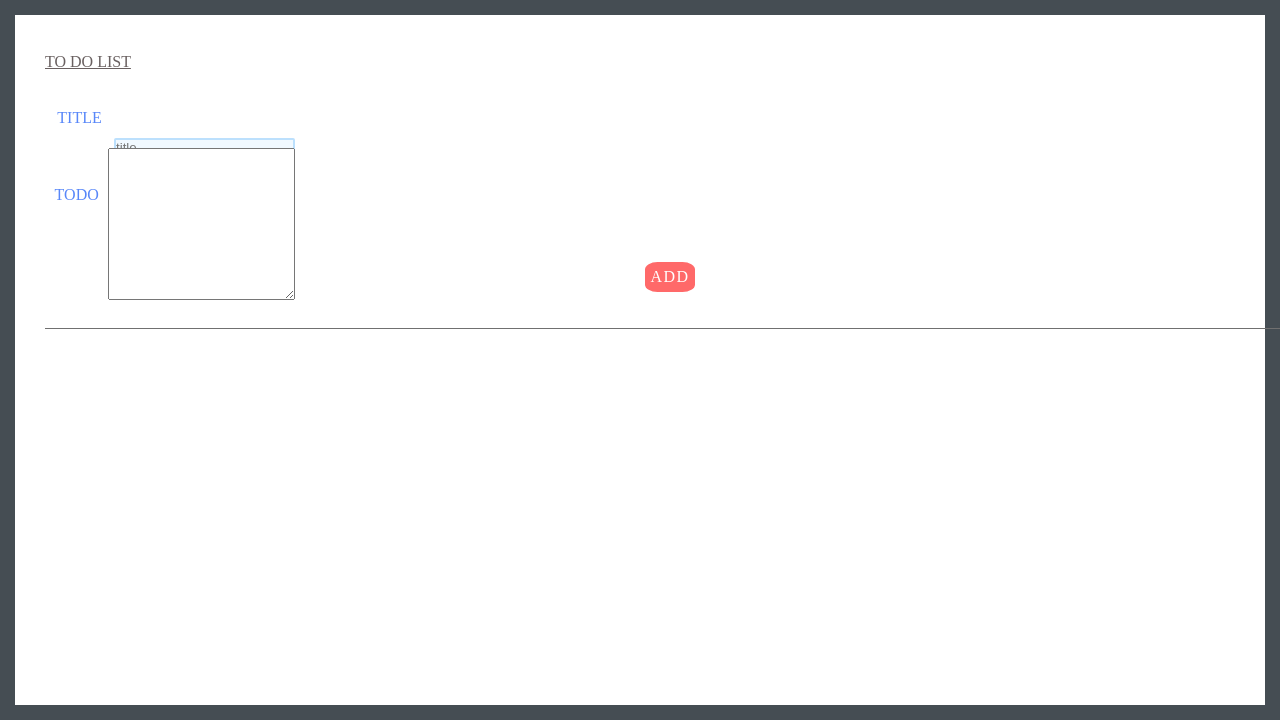
Repository: NagataRyuji0630/shinjin-otameshi
Page: todo_white_board.html
These files come from the project's save history. The page is drawn as it stood at one moment and after the next save; the edit follows.
The browser window is 1280 px wide. The pictures show the whole page.

Above is the page before, as saved 2020-06-11 22:58:01.
Not found: todoWhiteBoard.js

After the next save:
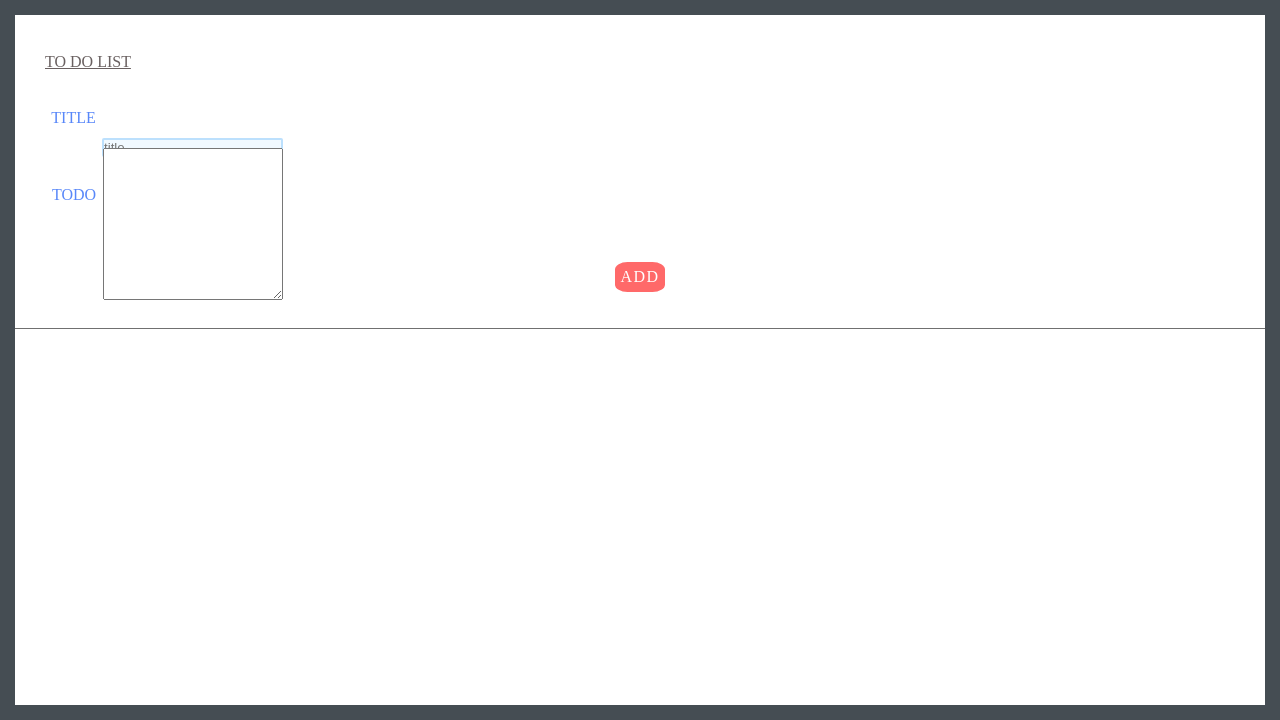
Saved 34 s later.
--- a/todo_white_board.css
+++ b/todo_white_board.css
@@ -58,7 +58,7 @@ body, html {
 #form_container {
     width: 100%;
     height: 35%;
-    margin-left: 30px;
+    padding: 0px 30px;
     border-bottom: 1px solid #707070;
 }
 
